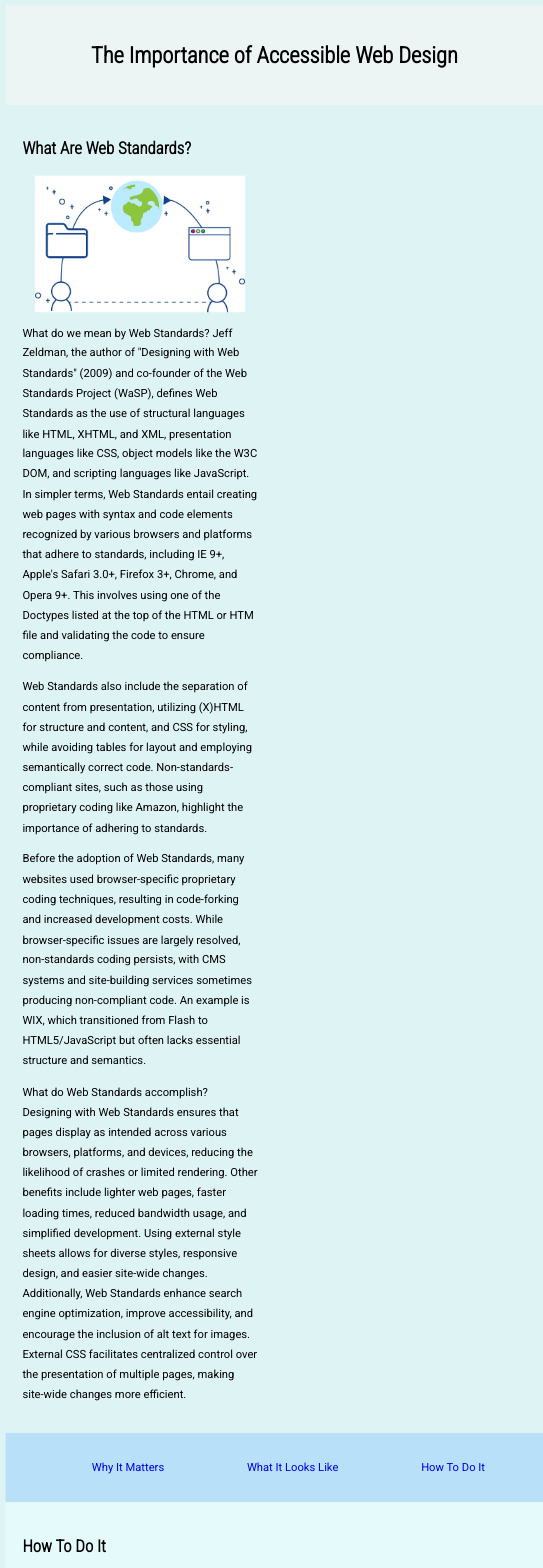
Repository: ethan-schrauf/UniversalDesignWebsite
Page: Final-Project/how.html
The author's editor kept a copy of each file at every save. The page is drawn from the files as they stood at one save, then again after the next save.
The browser window is 768 px wide. The page is 776 px wide, so the pictures cover 776 px, including what lies to the right of the window. The pictures show the part of the page from y = 0 to 2240 px (the page is 6036 px tall), at 70% of full size.

Above is the page before, as saved 2023-11-25 03:23:52.

After the next save:
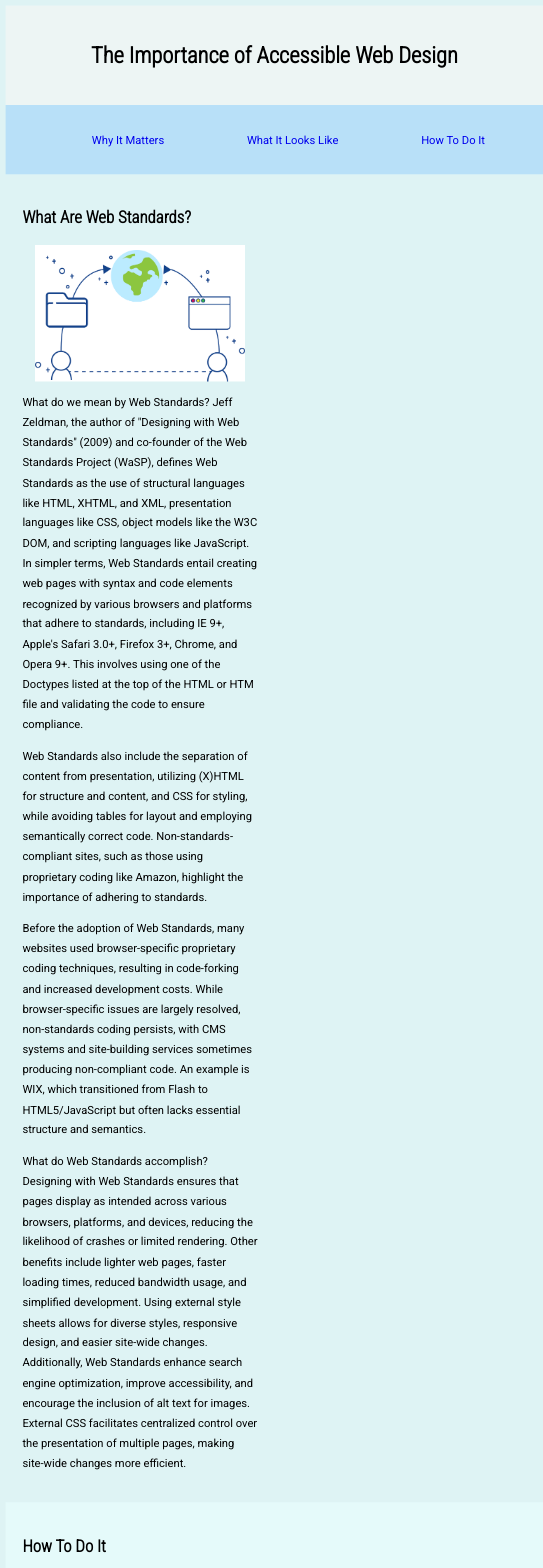
Saved 66 s later.
--- a/Final-Project/how.css
+++ b/Final-Project/how.css
@@ -80,8 +80,8 @@ nav ul {
        1fr 1fr;
     grid-template-areas:
       "heady heady"
+      "navvy navvy"
       "intro intro"
-      "navvy navvy"
       "mainy mainy"
       "footy footy";
     }
